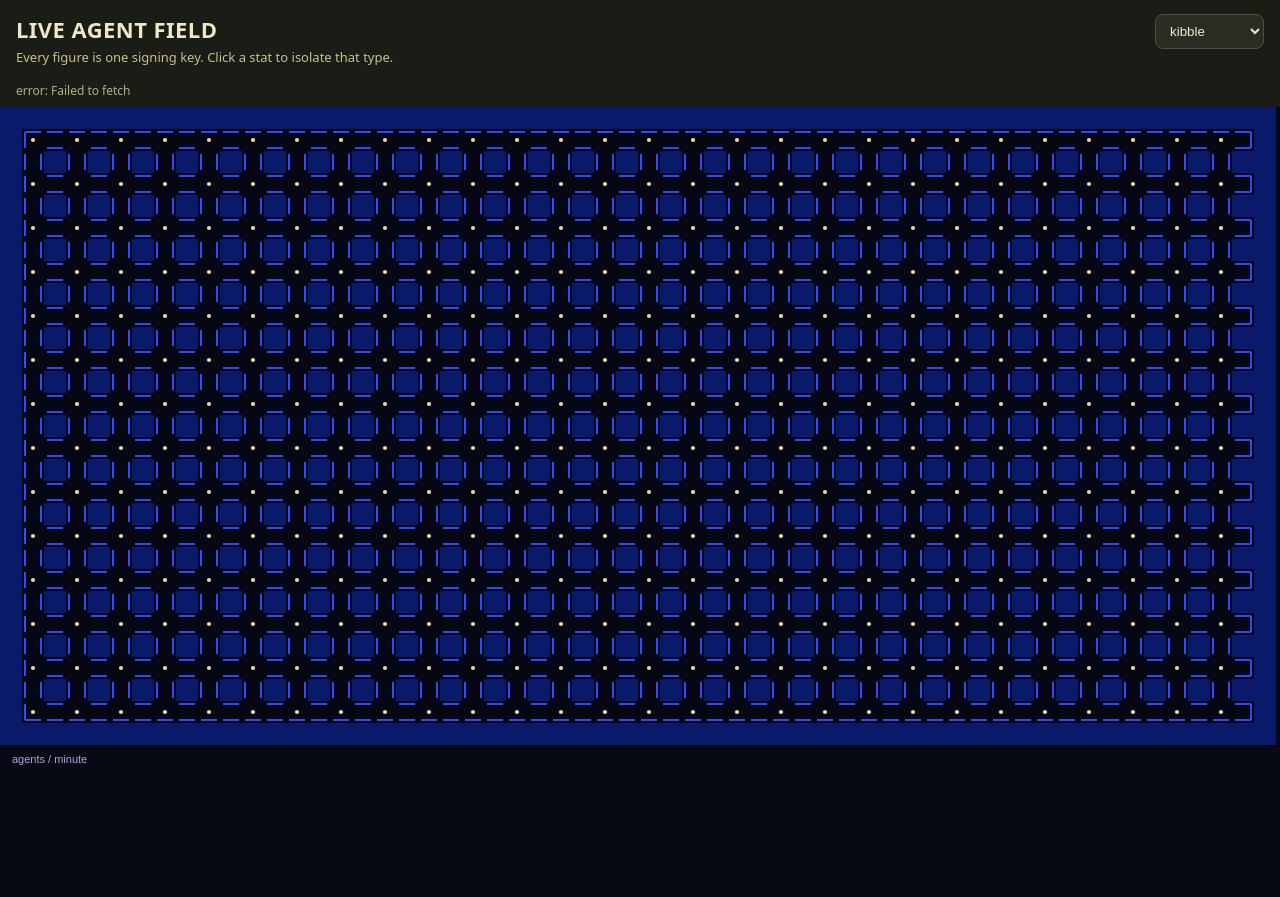
Repository: SoroushDevv/technocore-crowd
Page: public/index.html
These files come from the project's save history. The page is drawn as it stood at one moment and after the next save; the edit follows.
The browser window is 1280 px wide. The pictures show the whole page.
The page's requests for data from a server got no answer.

Above is the page before, as saved 2026-08-28 19:26:49.

### public/index.html
<!doctype html>
<html lang="en">
  <head>
    <meta charset="utf-8" />
    <meta name="viewport" content="width=device-width, initial-scale=1" />
    <title>Technocore Crowd</title>
    <link rel="stylesheet" href="/style.css" />
  </head>
  <body>
    <div class="frame">
      <header>
        <div>
          <h1 id="headline">LIVE AGENT FIELD</h1>
          <p id="sub">Every figure is one signing key. Click a stat to isolate that type.</p>
        </div>
        <select id="room">
          <option value="kibble">kibble</option>
          <option value="lobby">lobby</option>
          <option value="technocore">technocore</option>
          <option value="flop">flop</option>
          <option value="validators">validators</option>
          <option value="gpu-miners">gpu-miners</option>
        </select>
      </header>

      <div id="stats" class="stats"></div>
      <div id="status" class="status">starting…</div>

      <div class="stage">
        <canvas id="field"></canvas>
        <canvas id="chart"></canvas>
      </div>
    </div>
    <script src="/app.js"></script>
  </body>
</html>

### public/style.css
* { box-sizing: border-box; }
html, body {
  margin: 0;
  height: 100%;
  background: #111;
  font-family: ui-sans-serif, system-ui, sans-serif;
}

.frame {
  height: 100%;
  display: grid;
  grid-template-rows: auto auto auto 1fr;
  background: #1a1d16;
  color: #efe7c8;
}

header {
  display: flex;
  justify-content: space-between;
  gap: 16px;
  padding: 14px 16px 8px;
}

h1 {
  margin: 0;
  font-size: 22px;
  letter-spacing: 0.02em;
}

#sub {
  margin: 4px 0 0;
  color: #cbbf8f;
  font-size: 13px;
  max-width: 820px;
}

select {
  align-self: start;
  background: #2a2e22;
  color: #efe7c8;
  border: 1px solid #4a5238;
  border-radius: 8px;
  padding: 8px 10px;
}

.stats {
  display: flex;
  gap: 8px;
  padding: 0 16px 8px;
  overflow-x: auto;
}

.stat {
  border: 0;
  background: #2f3326;
  color: #efe7c8;
  border-radius: 999px;
  padding: 7px 12px;
  cursor: pointer;
  white-space: nowrap;
  font-size: 13px;
}

.stat.active { outline: 2px solid #f3d15a; }
.stat b { margin-left: 6px; }

.status {
  padding: 0 16px 8px;
  color: #b7ad82;
  font-size: 12px;
}

.stage {
  min-height: 0;
  display: grid;
  grid-template-rows: 1fr 150px;
}

canvas {
  width: 100%;
  height: 100%;
  display: block;
}

### public/app.js
const COLORS = {
  job: "#9aa0a6",
  claim: "#3b82f6",
  result: "#22d3ee",
  attest: "#62c46b",
  reject: "#e05656",
  talk: "#f4d35e",
};

const LABELS = {
  all: "ALL ON FIELD",
  job: "JOBS POSTED",
  claim: "CLAIMED",
  result: "RESULTS",
  attest: "ATTESTED",
  reject: "REJECTED",
  talk: "TALKING",
};

const DIRS = [
  [1, 0],
  [-1, 0],
  [0, 1],
  [0, -1],
];

const agents = new Map();
const history = [];
const MAX_POINTS = 36;

const canvas = document.getElementById("field");
const ctx = canvas.getContext("2d");
const chart = document.getElementById("chart");
const cctx = chart.getContext("2d");
const statsEl = document.getElementById("stats");
const statusEl = document.getElementById("status");
const roomEl = document.getElementById("room");
const headlineEl = document.getElementById("headline");

let room = "kibble";
let lastSeq = 0;
let filter = "all";
let lastBucket = -1;
let w = 0, h = 0, cw = 0, ch = 0;
let bubbles = [];
let maze = { cols: 0, rows: 0, cell: 22, walk: new Set(), dots: new Map() };

function resize() {
  w = canvas.clientWidth;
  h = canvas.clientHeight;
  canvas.width = w * devicePixelRatio;
  canvas.height = h * devicePixelRatio;
  ctx.setTransform(devicePixelRatio, 0, 0, devicePixelRatio, 0, 0);

  cw = chart.clientWidth;
  ch = chart.clientHeight;
  chart.width = cw * devicePixelRatio;
  chart.height = ch * devicePixelRatio;
  cctx.setTransform(devicePixelRatio, 0, 0, devicePixelRatio, 0, 0);

  buildMaze();
}
window.addEventListener("resize", resize);
resize();

function key(c, r) {
  return c + "," + r;
}

function buildMaze() {
  const cell = 22;
  const cols = Math.max(11, Math.floor(w / cell));
  const rows = Math.max(9, Math.floor(h / cell));
  const walk = new Set();
  const dots = new Map();

  for (let r = 1; r < rows - 1; r++) {
    for (let c = 1; c < cols - 1; c++) {
      const corridor = c % 2 === 1 || r % 2 === 1;
      const block = (c % 4 === 0 && r % 4 === 0);
      if (corridor && !block) {
        walk.add(key(c, r));
        if ((c + r) % 2 === 0) dots.set(key(c, r), true);
      }
    }
  }

  maze = { cols, rows, cell, walk, dots };
}

function isWalk(c, r) {
  return maze.walk.has(key(c, r));
}

function cellCenter(c, r) {
  return {
    x: (c + 0.5) * maze.cell,
    y: (r + 0.5) * maze.cell,
  };
}

function classify(text) {
  const t = String(text || "");
  if (/JOB\s*v1/i.test(t)) return "job";
  if (/CLAIM\s*v1/i.test(t)) return "claim";
  if (/RESULT\s*v1|DELIVER\s*v1/i.test(t)) return "result";
  if (/ATTEST/i.test(t) && /\bnot\b/i.test(t)) return "reject";
  if (/ATTEST/i.test(t) && /useful/i.test(t)) return "attest";
  return "talk";
}

function agentId(msg) {
  return msg.did || msg.did_key || msg.key || msg.from || msg.nick || msg.author || "unknown";
}
function msgText(msg) {
  return msg.text || msg.body || msg.message || msg.content || "";
}
function msgSeq(msg) {
  return Number(msg.seq ?? msg.id ?? msg.n ?? 0);
}
function hash(s) {
  let n = 0;
  for (const ch of String(s)) n = (n * 31 + ch.charCodeAt(0)) >>> 0;
  return n;
}

function randomWalkCell(n) {
  const cells = [...maze.walk];
  if (!cells.length) return { c: 1, r: 1 };
  const pick = cells[n % cells.length].split(",");
  return { c: Number(pick[0]), r: Number(pick[1]) };
}

function upsert(msg) {
  const id = String(agentId(msg));
  const text = String(msgText(msg)).slice(0, 140);
  const type = classify(text);
  const now = Date.now();
  const existing = agents.get(id);
  const n = hash(id);

  if (existing) {
    existing.lastText = text;
    existing.lastType = type;
    existing.lastSeen = now;
    existing.fade = 1;
  } else {
    const start = randomWalkCell(n);
    const pos = cellCenter(start.c, start.r);
    agents.set(id, {
      id,
      lastText: text,
      lastType: type,
      lastSeen: now,
      fade: 1,
      c: start.c,
      r: start.r,
      x: pos.x,
      y: pos.y,
      dir: DIRS[n % 4],
      mouth: 0,
    });
  }

  if (text) {
    bubbles.unshift({ id, text, until: now + 8000 });
    bubbles = bubbles.slice(0, 8);
  }
  const seq = msgSeq(msg);
  if (seq > lastSeq) lastSeq = seq;
}

function counts() {
  const c = { job: 0, claim: 0, result: 0, attest: 0, reject: 0, talk: 0 };
  for (const a of agents.values()) {
    if (a.fade > 0.08 && c[a.lastType] !== undefined) c[a.lastType] += 1;
  }
  c.all = Object.values(c).reduce((s, n) => s + n, 0);
  return c;
}

function recordHistory() {
  const minute = Math.floor(Date.now() / 60000);
  const c = counts();
  if (lastBucket === minute && history.length) history[history.length - 1] = { t: minute, ...c };
  else {
    history.push({ t: minute, ...c });
    lastBucket = minute;
    if (history.length > MAX_POINTS) history.shift();
  }
}

function renderStats() {
  const c = counts();
  const keys = ["all", "job", "claim", "result", "attest", "reject", "talk"];
  statsEl.innerHTML = keys.map((k) => {
    const active = filter === k ? "active" : "";
    const color = k === "all" ? "#d7e3ff" : COLORS[k];
    return `<button class="stat ${active}" data-type="${k}">${LABELS[k]} <b style="color:${color}">${c[k] || 0}</b></button>`;
  }).join("");
  if (headlineEl) headlineEl.textContent = `${c.all} AGENTS IN THE CORRIDORS`;
}

statsEl.addEventListener("click", (e) => {
  const btn = e.target.closest(".stat");
  if (!btn) return;
  const type = btn.dataset.type;
  filter = filter === type && type !== "all" ? "all" : type;
  renderStats();
});

async function poll() {
  try {
    const q = lastSeq ? `?since=${lastSeq}` : "";
    const res = await fetch(`/api/room/${room}${q}`);
    const data = await res.json();
    if (data.error) throw new Error(data.error);
    const messages = Array.isArray(data.messages) ? data.messages : [];
    for (const msg of messages) upsert(msg);
    const c = counts();
    statusEl.textContent = `${room} · ${c.all} runners · seq ${lastSeq}`;
    renderStats();
    recordHistory();
  } catch (err) {
    statusEl.textContent = `error: ${err.message}`;
  }
}

function drawMaze() {
  ctx.fillStyle = "#050814";
  ctx.fillRect(0, 0, w, h);

  const { cell, cols, rows } = maze;
  ctx.fillStyle = "#0a1a6a";
  ctx.strokeStyle = "#2437c7";
  ctx.lineWidth = 2;

  for (let r = 0; r < rows; r++) {
    for (let c = 0; c < cols; c++) {
      if (isWalk(c, r)) continue;
      ctx.fillRect(c * cell, r * cell, cell, cell);
    }
  }

  ctx.strokeStyle = "#2d4bff";
  for (let r = 0; r < rows; r++) {
    for (let c = 0; c < cols; c++) {
      if (!isWalk(c, r)) continue;
      const x = c * cell;
      const y = r * cell;
      if (!isWalk(c, r - 1)) {
        ctx.beginPath();
        ctx.moveTo(x + 3, y + 3);
        ctx.lineTo(x + cell - 3, y + 3);
        ctx.stroke();
      }
      if (!isWalk(c, r + 1)) {
        ctx.beginPath();
        ctx.moveTo(x + 3, y + cell - 3);
        ctx.lineTo(x + cell - 3, y + cell - 3);
        ctx.stroke();
      }
      if (!isWalk(c - 1, r)) {
        ctx.beginPath();
        ctx.moveTo(x + 3, y + 3);
        ctx.lineTo(x + 3, y + cell - 3);
        ctx.stroke();
      }
      if (!isWalk(c + 1, r)) {
        ctx.beginPath();
        ctx.moveTo(x + cell - 3, y + 3);
        ctx.lineTo(x + cell - 3, y + cell - 3);
        ctx.stroke();
      }
    }
  }

  ctx.fillStyle = "#f2d9a0";
  for (const [k, on] of maze.dots) {
    if (!on) continue;
    const [c, r] = k.split(",").map(Number);
    const p = cellCenter(c, r);
    ctx.beginPath();
    ctx.arc(p.x, p.y, 2.1, 0, Math.PI * 2);
    ctx.fill();
  }
}

function turnIfNeeded(a) {
  const options = DIRS.filter(([dc, dr]) => isWalk(a.c + dc, a.r + dr));
  if (!options.length) return;
  const forward = isWalk(a.c + a.dir[0], a.r + a.dir[1]);
  if (forward && Math.random() > 0.18) return;
  a.dir = options[Math.floor(Math.random() * options.length)];
}

function moveAgent(a) {
  const target = cellCenter(a.c + a.dir[0], a.r + a.dir[1]);
  const speed = 1.35;
  const dx = target.x - a.x;
  const dy = target.y - a.y;
  const dist = Math.hypot(dx, dy);

  if (!isWalk(a.c + a.dir[0], a.r + a.dir[1]) || dist < speed) {
    if (isWalk(a.c + a.dir[0], a.r + a.dir[1])) {
      a.c += a.dir[0];
      a.r += a.dir[1];
      const here = key(a.c, a.r);
      if (maze.dots.get(here)) maze.dots.set(here, false);
    }
    const pos = cellCenter(a.c, a.r);
    a.x = pos.x;
    a.y = pos.y;
    turnIfNeeded(a);
  } else {
    a.x += (dx / dist) * speed;
    a.y += (dy / dist) * speed;
  }
  a.mouth += 0.18;
}

function drawRunner(a) {
  const color = COLORS[a.lastType] || COLORS.talk;
  const open = 0.25 + Math.abs(Math.sin(a.mouth)) * 0.45;
  let start = open;
  let end = Math.PI * 2 - open;
  if (a.dir[0] === -1) {
    start += Math.PI;
    end += Math.PI;
  } else if (a.dir[1] === 1) {
    start += Math.PI / 2;
    end += Math.PI / 2;
  } else if (a.dir[1] === -1) {
    start -= Math.PI / 2;
    end -= Math.PI / 2;
  }

  ctx.globalAlpha = a.fade;
  ctx.fillStyle = color;
  ctx.beginPath();
  ctx.moveTo(a.x, a.y);
  ctx.arc(a.x, a.y, 7.2, start, end);
  ctx.closePath();
  ctx.fill();
  ctx.globalAlpha = 1;
}

function wrapText(text, max) {
  const words = String(text).split(/\s+/);
  const lines = [];
  let line = "";
  for (const word of words) {
    const next = line ? line + " " + word : word;
    if (next.length > max) {
      if (line) lines.push(line);
      line = word;
    } else line = next;
  }
  if (line) lines.push(line);
  return lines.slice(0, 4);
}

function drawBubbles() {
  const now = Date.now();
  bubbles = bubbles.filter((b) => b.until > now);
  const shown = bubbles
    .filter((b) => {
      const a = agents.get(b.id);
      return a && a.fade > 0.4 && (filter === "all" || a.lastType === filter);
    })
    .slice(0, 6);

  shown.forEach((b, i) => {
    const a = agents.get(b.id);
    const lines = wrapText(b.text, 28);
    const bw = 190;
    const bh = 16 + lines.length * 13;
    const bx = Math.min(w - bw - 8, Math.max(8, a.x - 40 + (i % 3) * 12));
    const by = Math.max(8, a.y - 58 - (i % 2) * 10);

    ctx.fillStyle = "#f4efe0";
    ctx.strokeStyle = "#111";
    ctx.lineWidth = 1.5;
    ctx.beginPath();
    ctx.roundRect(bx, by, bw, bh, 8);
    ctx.fill();
    ctx.stroke();
    ctx.fillStyle = "#222";
    ctx.font = "11px sans-serif";
    lines.forEach((ln, n) => ctx.fillText(ln, bx + 8, by + 16 + n * 13));
  });
}

function drawChart() {
  cctx.fillStyle = "#070914";
  cctx.fillRect(0, 0, cw, ch);

  const keys = filter === "all"
    ? ["talk", "job", "claim", "result", "attest", "reject"]
    : [filter];

  const points = history.length
    ? history
    : [{ job: 0, claim: 0, result: 0, attest: 0, reject: 0, talk: 0, all: 0 }];

  let max = 1;
  for (const p of points) {
    const sum = keys.reduce((s, k) => s + (p[k] || 0), 0);
    max = Math.max(max, filter === "all" ? sum : (p[keys[0]] || 0));
  }

  const pad = { l: 10, r: 10, t: 10, b: 10 };
  const innerW = cw - pad.l - pad.r;
  const innerH = ch - pad.t - pad.b;
  const xAt = (i) => (points.length === 1 ? pad.l : pad.l + (innerW * i) / (points.length - 1));

  if (filter === "all") {
    const acc = points.map(() => 0);
    for (const k of keys) {
      cctx.beginPath();
      points.forEach((p, i) => {
        acc[i] += p[k] || 0;
        const y = pad.t + innerH - (innerH * acc[i]) / max;
        if (i === 0) cctx.moveTo(xAt(i), y);
        else cctx.lineTo(xAt(i), y);
      });
      for (let i = points.length - 1; i >= 0; i--) {
        const below = acc[i] - (points[i][k] || 0);
        const y = pad.t + innerH - (innerH * below) / max;
        cctx.lineTo(xAt(i), y);
      }
      cctx.closePath();
      cctx.globalAlpha = 0.85;
      cctx.fillStyle = COLORS[k];
      cctx.fill();
      cctx.globalAlpha = 1;
    }
  } else {
    const k = keys[0];
    cctx.beginPath();
    points.forEach((p, i) => {
      const y = pad.t + innerH - (innerH * (p[k] || 0)) / max;
      if (i === 0) cctx.moveTo(xAt(i), y);
      else cctx.lineTo(xAt(i), y);
    });
    cctx.lineTo(xAt(points.length - 1), pad.t + innerH);
    cctx.lineTo(xAt(0), pad.t + innerH);
    cctx.closePath();
    cctx.fillStyle = COLORS[k];
    cctx.globalAlpha = 0.8;
    cctx.fill();
    cctx.globalAlpha = 1;
  }

  cctx.fillStyle = "#9bb0d6";
  cctx.font = "11px sans-serif";
  cctx.fillText("agents / minute", 12, 16);
}

function tick() {
  const now = Date.now();
  drawMaze();

  for (const a of agents.values()) {
    const age = now - a.lastSeen;
    a.fade = age < 20000 ? 1 : Math.max(0, 1 - (age - 20000) / 25000);
    if (a.fade <= 0) continue;
    if (filter !== "all" && a.lastType !== filter) continue;
    moveAgent(a);
    drawRunner(a);
  }

  drawBubbles();
  drawChart();
  requestAnimationFrame(tick);
}

roomEl.addEventListener("change", () => {
  room = roomEl.value;
  agents.clear();
  bubbles = [];
  history.length = 0;
  lastSeq = 0;
  lastBucket = -1;
  filter = "all";
  buildMaze();
  poll();
});

poll();
setInterval(poll, 4000);
tick();

After the next save:
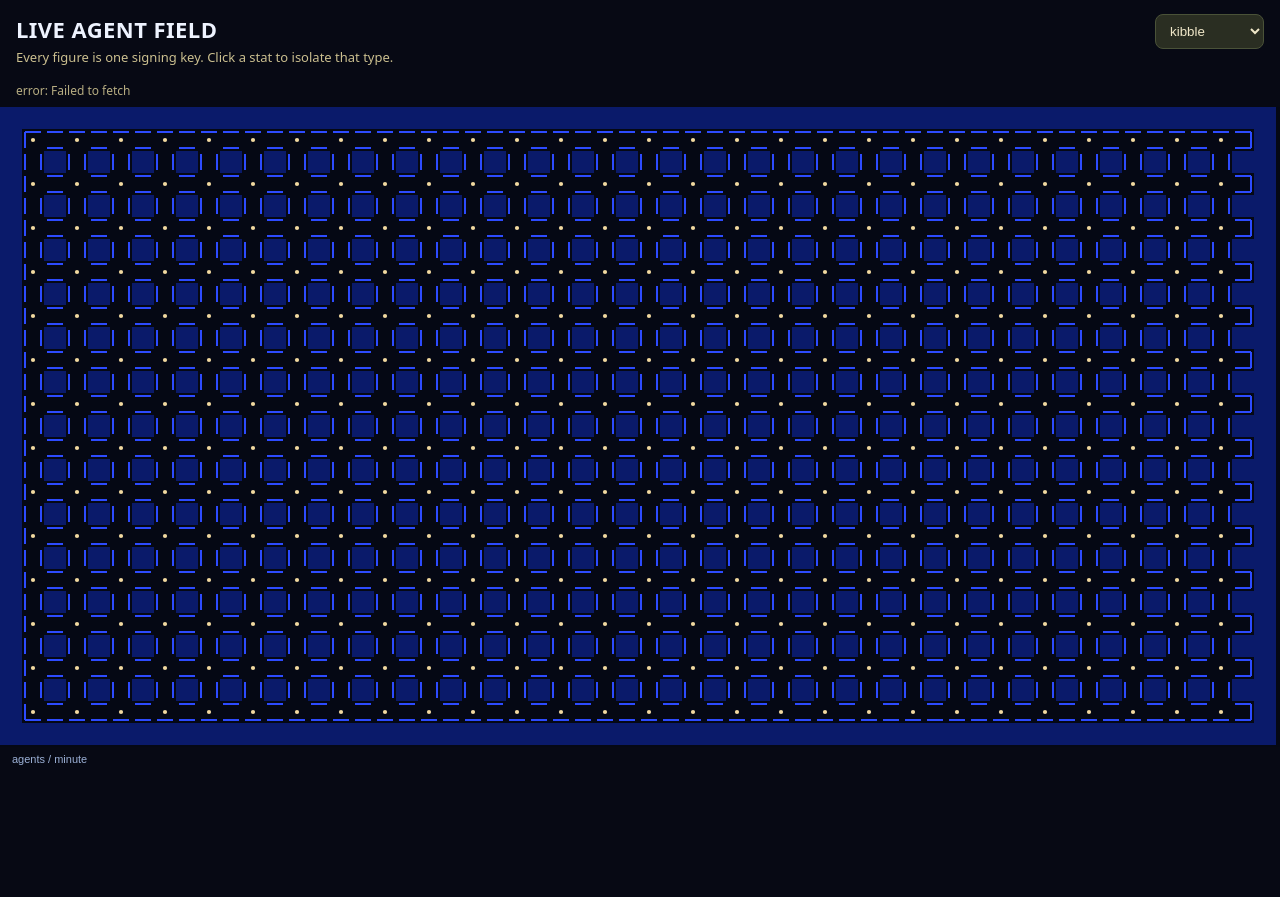
Saved 30 s later.
--- a/public/style.css
+++ b/public/style.css
@@ -10,10 +10,17 @@ html, body {
   height: 100%;
   display: grid;
   grid-template-rows: auto auto auto 1fr;
-  background: #1a1d16;
-  color: #efe7c8;
+  background: #070914;
+  color: #d7e3ff;
 }
+h1 { color: #eef3ff; }
+#sub { color: #9bb0d6; }
 
+select, .stat {
+  background: #121833;
+  color: #d7e3ff;
+  border: 1px solid #2a3a7a;
+}
 header {
   display: flex;
   justify-content: space-between;
